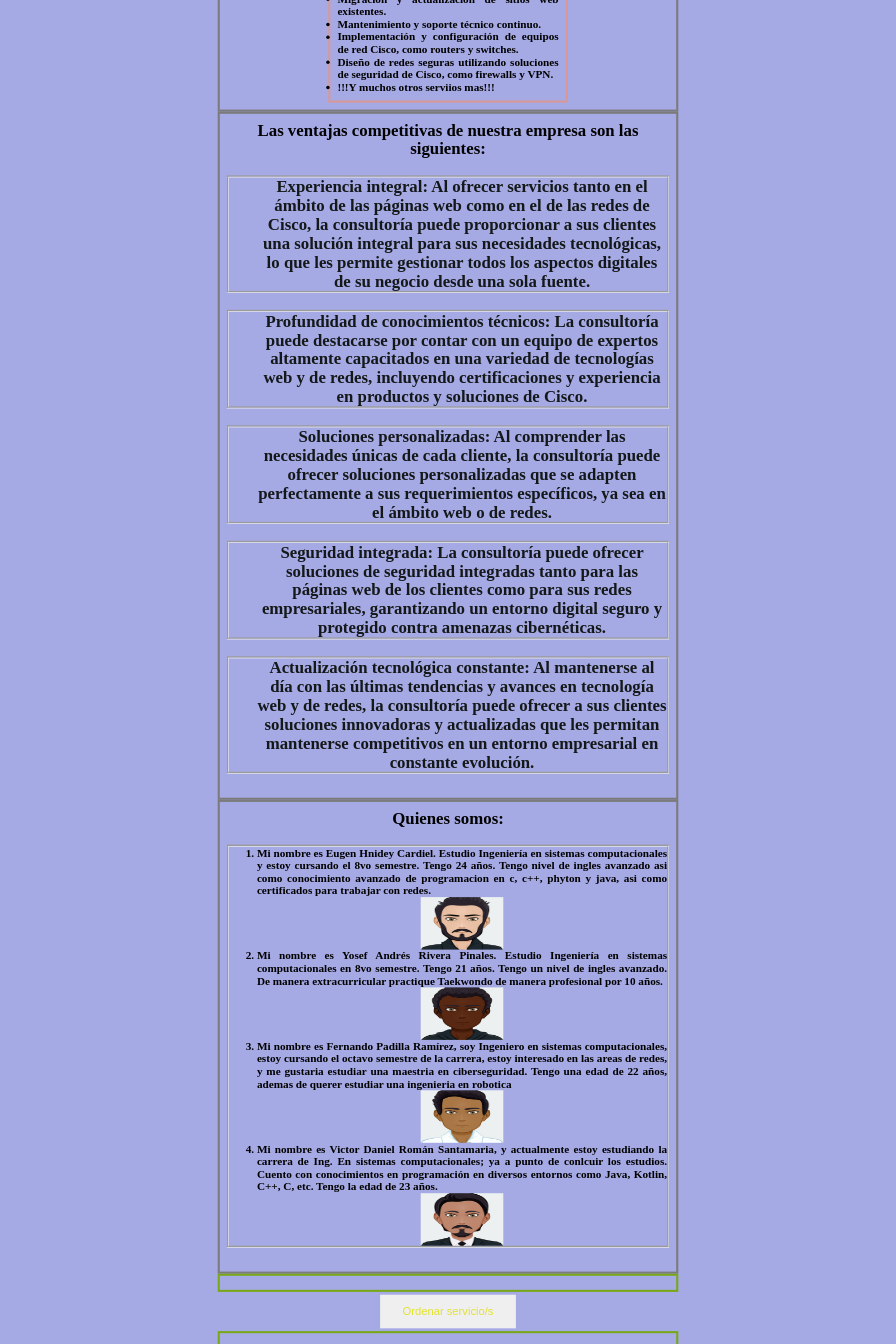
Repository: UVMCoyoacan/VEFY
Page: indexPrincipal.html
These files come from the project's save history. The page is drawn as it stood at one moment and after the next save; the edit follows.
The browser window is 1280 px wide. The pictures show the part of the page from y = 672 to 2592 px (the page is 2607 px tall before and 2571 px after), at 70% of full size.

Above is the page before, as saved 2024-03-01 12:05:45.

After the next save:
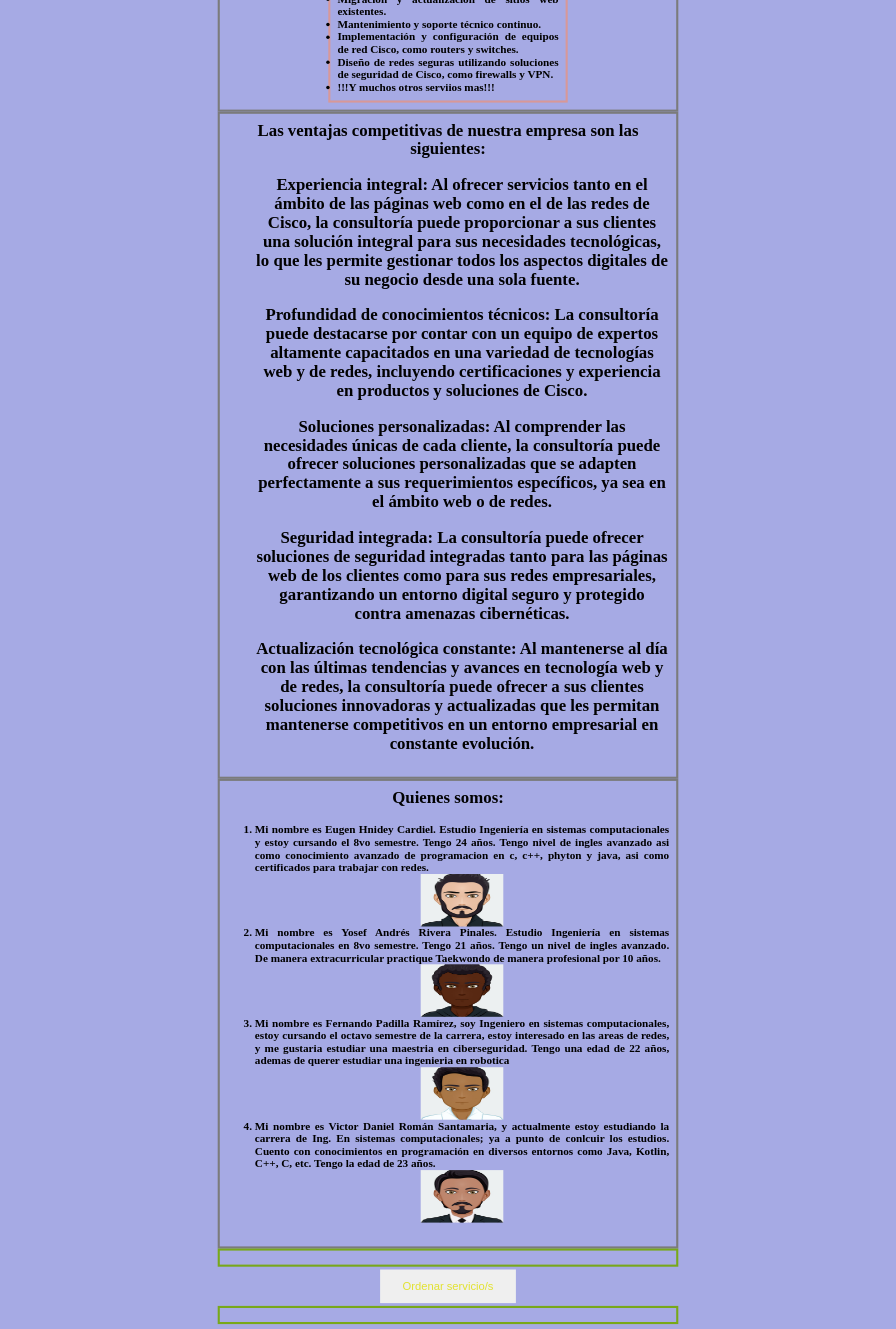
Saved 57 min 0 s later.
--- a/indexPrincipal.html
+++ b/indexPrincipal.html
@@ -3,10 +3,7 @@
 
     <head>
         <title> VEFY CONSULTORIA </title>
-        <link rel="stylesheet" href="estilo.css"/>
-        <link rel="stylesheet" href="estilo1.css"/>
-        <link rel="stylesheet" href="estilo2.css"/>
-        <link rel="stylesheet" href="estilo3.css"/>
+
         <link rel="stylesheet" href="estilo4.css"/>
         <meta charset="UTF-8" />
     </head>
@@ -70,7 +67,7 @@
 
         <p>
             <div>
-                <button onclick="redirigirForm()"> Ordenar servicio/s  </button>
+                <button onclick="redirigirForm()" class="boton"> Ordenar servicio/s  </button>
 
                </div>
            </p>
